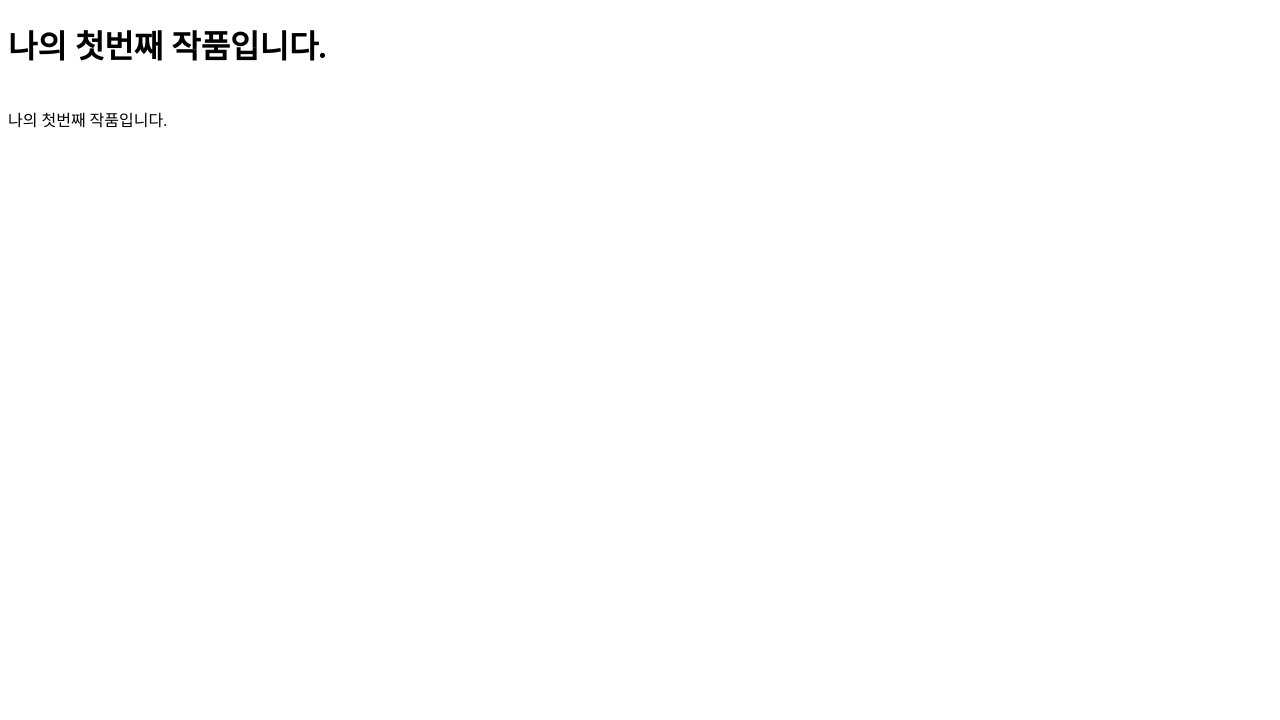
Repository: AkaKSR/Java_Convergence_New
Page: HTML0826/WebContent/Ex01.html
An editor plug-in stored every save of this project. The page is shown before and after the next save, followed by the edit.
The browser window is 1280 px wide. The pictures show the whole page.

Above is the page before, as saved 2019-08-26 06:09:06.

After the next save:
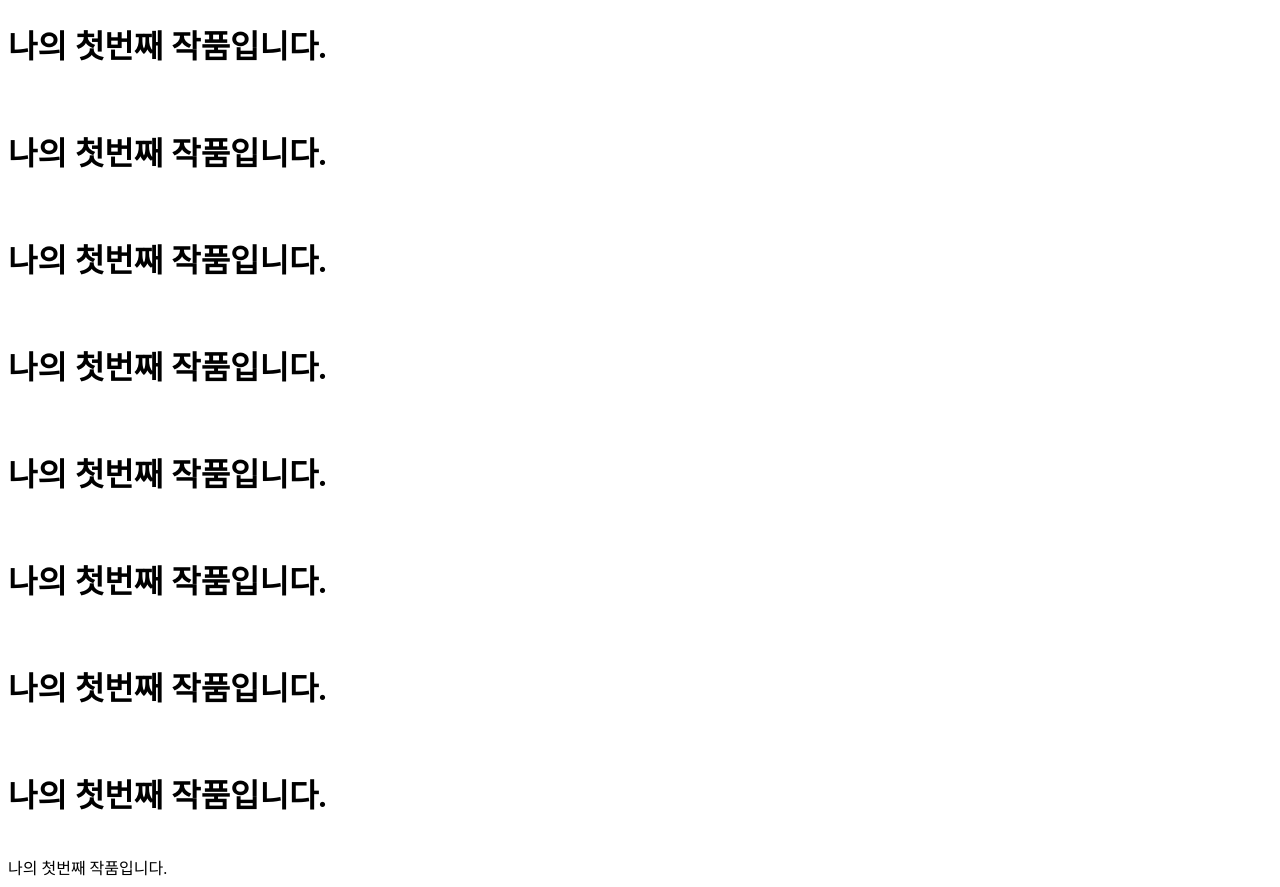
Saved 46 s later.
--- a/HTML0826/WebContent/Ex01.html
+++ b/HTML0826/WebContent/Ex01.html
@@ -6,6 +6,13 @@
 </head>
 <body>
 	<h1>나의 첫번째 작품입니다.</h1><br />
+	<h1>나의 첫번째 작품입니다.</h1><br />
+	<h1>나의 첫번째 작품입니다.</h1><br />
+	<h1>나의 첫번째 작품입니다.</h1><br />
+	<h1>나의 첫번째 작품입니다.</h1><br />
+	<h1>나의 첫번째 작품입니다.</h1><br />
+	<h1>나의 첫번째 작품입니다.</h1><br />
+	<h1>나의 첫번째 작품입니다.</h1><br />
 	나의 첫번째 작품입니다.
 </body>
 </html>
